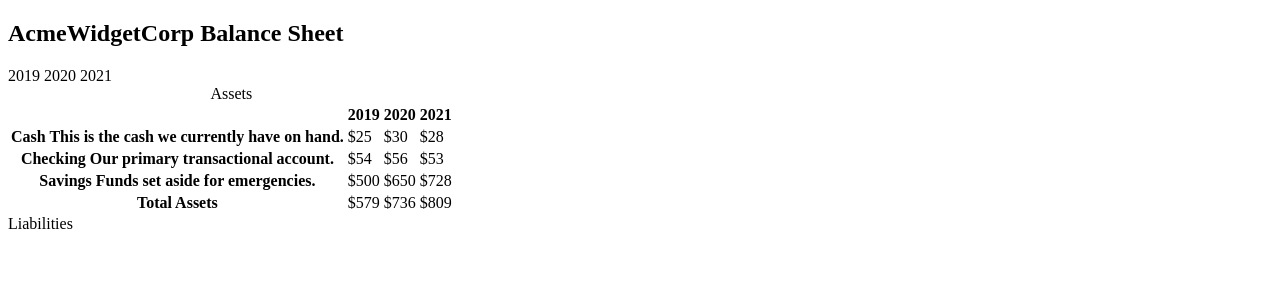
Repository: cipdanila/freeCodeCamp
Page: BalanceSheet/index.html
These files come from the project's save history. The page is drawn as it stood at one moment and after the next save; the edit follows.
The browser window is 1280 px wide. The pictures show the whole page.

Above is the page before, as saved 2023-10-19 16:38:06.

### BalanceSheet/index.html
<!DOCTYPE html>
<html lang="en">
    <head>
        <meta charset="UTF-8" />
        <meta name="viewport" content="width=device-width, initial-scale=1.0" />
        <title>Balance Sheet</title>
        <link rel="stylesheet" href="./styles.css" />
    </head>
    <body>
        <main>
            <section>
                <h1>
                    <span class="flex">
                        <span>AcmeWidgetCorp</span>
                        <span>Balance Sheet</span>
                    </span>
                </h1>
                <div id="years" aria-hidden="true">
                    <span class="year">2019</span>
                    <span class="year">2020</span>
                    <span class="year">2021</span>
                </div>
                <div class="table-wrap">
                    <table>
                        <caption>
                            Assets
                        </caption>
                        <thead>
                            <tr>
                                <td></td>
                                <th><span class="sr-only year">2019</span></th>
                                <th><span class="sr-only year">2020</span></th>
                                <th class="current">
                                    <span class="sr-only year">2021</span>
                                </th>
                            </tr>
                        </thead>
                        <tbody>
                            <tr class="data">
                                <th>
                                    Cash
                                    <span class="description"
                                        >This is the cash we currently have on
                                        hand.</span
                                    >
                                </th>
                                <td>$25</td>
                                <td>$30</td>
                                <td class="current">$28</td>
                            </tr>
                            <tr class="data">
                                <th>
                                    Checking
                                    <span class="description"
                                        >Our primary transactional
                                        account.</span
                                    >
                                </th>
                                <td>$54</td>
                                <td>$56</td>
                                <td class="current">$53</td>
                            </tr>
                            <tr class="data">
                                <th>
                                    Savings
                                    <span class="description"
                                        >Funds set aside for emergencies.</span
                                    >
                                </th>
                                <td>$500</td>
                                <td>$650</td>
                                <td class="current">$728</td>
                            </tr>
                            <tr class="total">
                                <th>
                                    Total <span class="sr-only">Assets</span>
                                </th>
                                <td>$579</td>
                                <td>$736</td>
                                <td class="current">$809</td>
                            </tr>
                        </tbody>
                    </table>
                    <table>
                        <caption>Liabilities</caption>
                        <thead>
                            <tr>
                                <td></td>
                                <th>
                                    <span class="sr-only"></span>
                                </th>
                                <th></th>
                                <th></th>
                            </tr>
                        </thead>
                        <tbody></tbody>
                    </table>
                    <table></table>
                </div>
            </section>
        </main>
    </body>
</html>

Loaded but not shown: BalanceSheet/styles.css (empty)

After the next save:
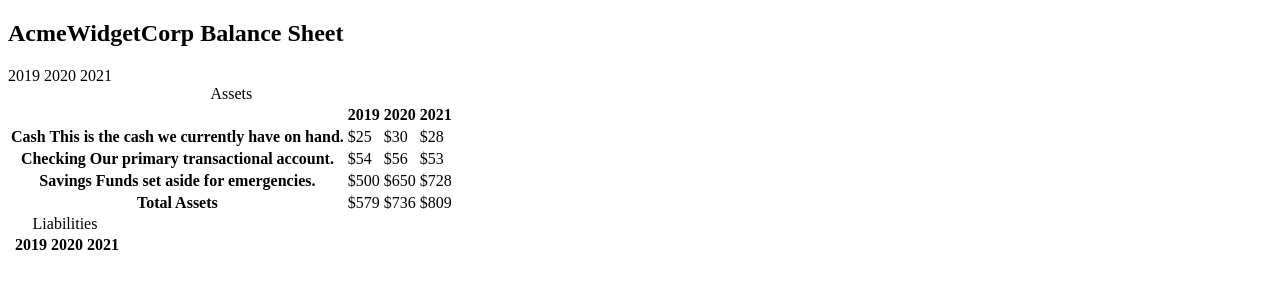
Saved 25 s later.
--- a/BalanceSheet/index.html
+++ b/BalanceSheet/index.html
@@ -87,10 +87,14 @@
                             <tr>
                                 <td></td>
                                 <th>
-                                    <span class="sr-only"></span>
+                                    <span class="sr-only">2019</span>
                                 </th>
-                                <th></th>
-                                <th></th>
+                                <th>
+                                    <span class="sr-only">2020</span>
+                                </th>
+                                <th>
+                                    <span class="sr-only">2021</span>
+                                </th>
                             </tr>
                         </thead>
                         <tbody></tbody>
